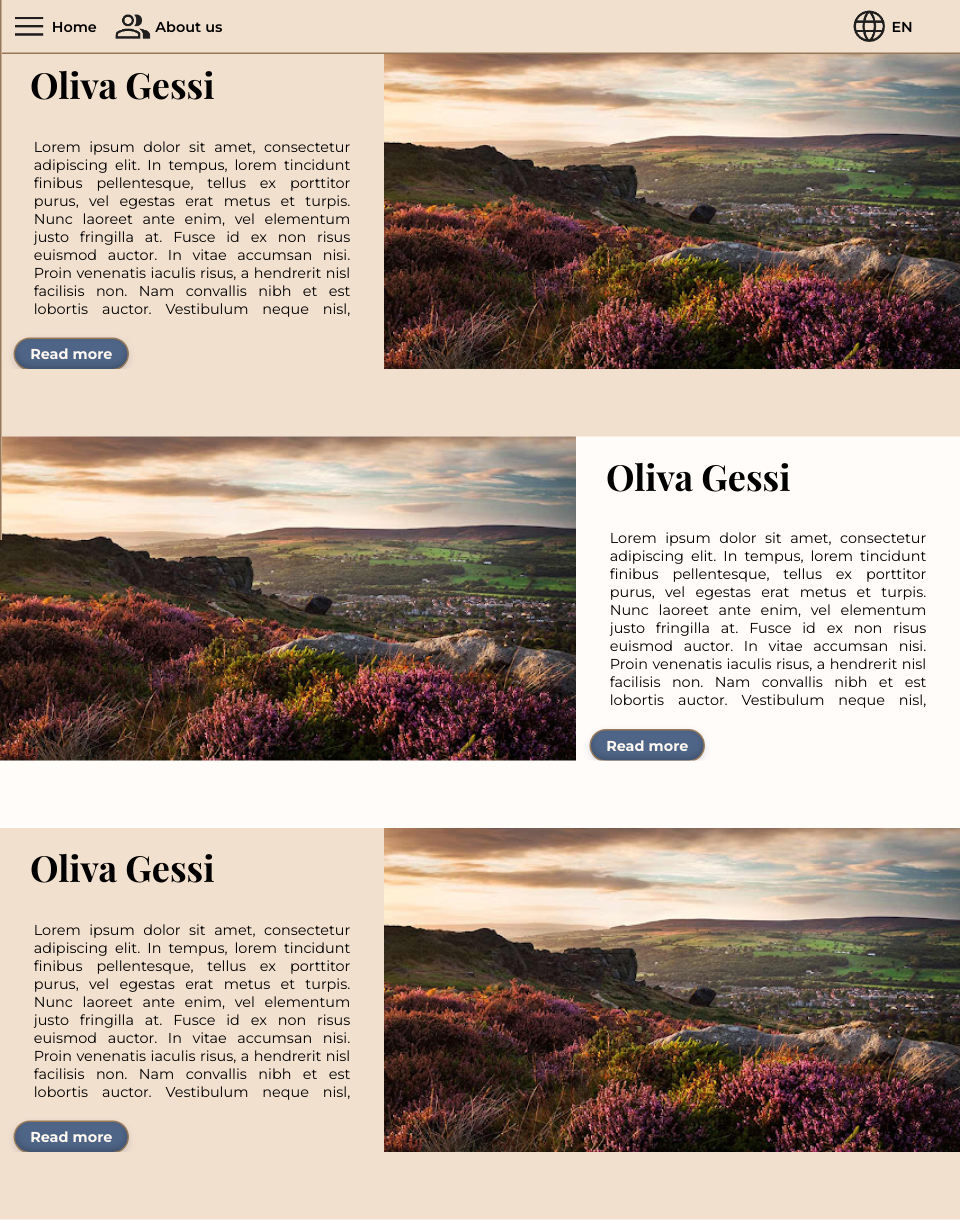
Repository: Seaside-Jokers/Oliva-gessi
Page: index.html
These files come from the project's save history. The page is drawn as it stood at one moment and after a run of saves; the edit follows.
The browser window is 1280 px wide. The pictures show the whole page, at 75% of full size.
Some web fonts or font styles are not loaded; a fallback is used.

Above is the page before, as saved 2026-02-18 15:56:07.

After the next 2 saves:
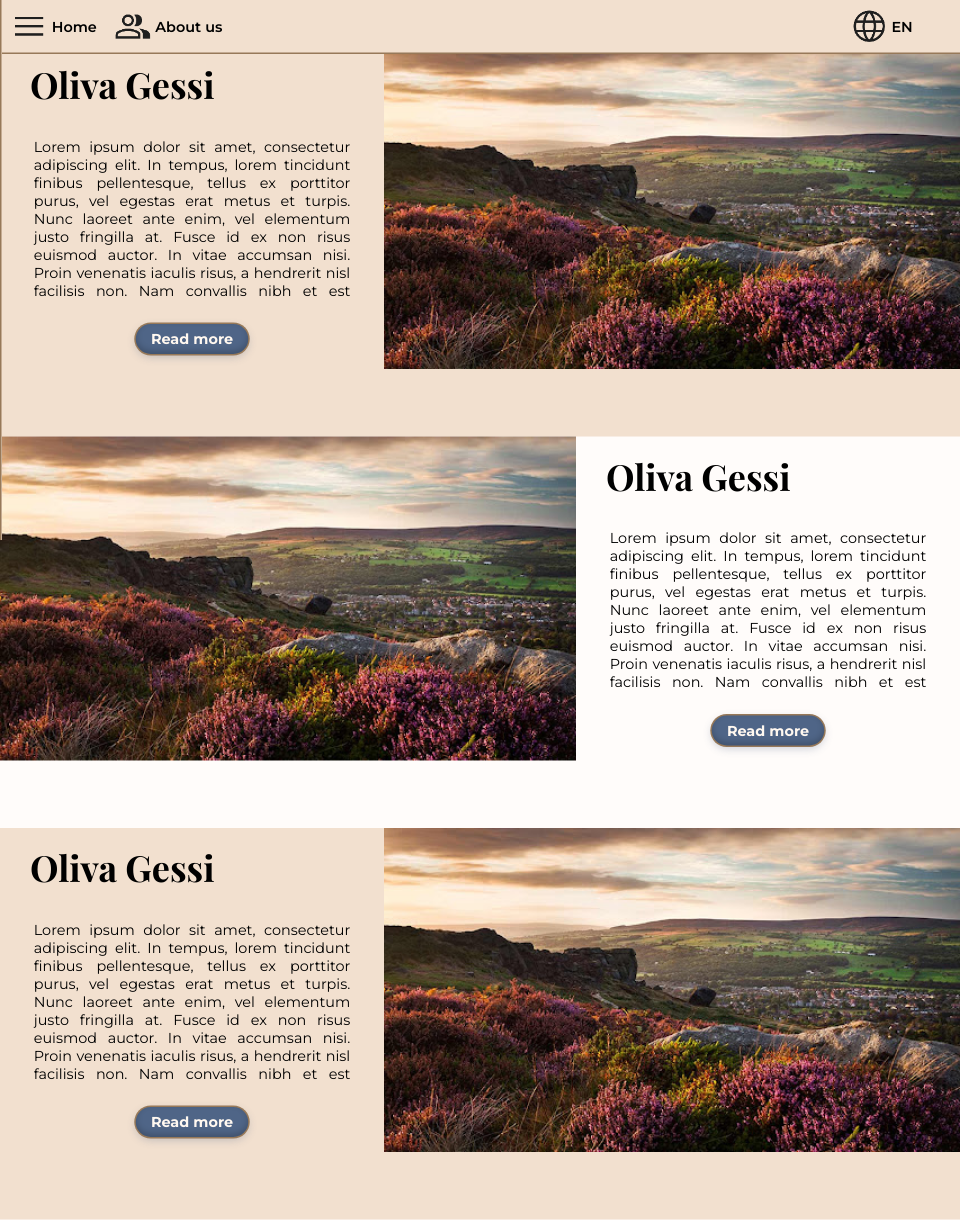
The 2 saves are shown as one change because they came seconds apart.
The last was saved 8 s later.
--- a/src/style.css
+++ b/src/style.css
@@ -388,7 +388,7 @@ details {
     width: var(--btn-width);
     height: var(--btn-height);
     margin-top: 10px;
-    margin-bottom:
+    margin-bottom: 20px;
     margin-left: calc(50% - var(--btn-width) / 2);
     background-color: var(--info);
     border: none;
